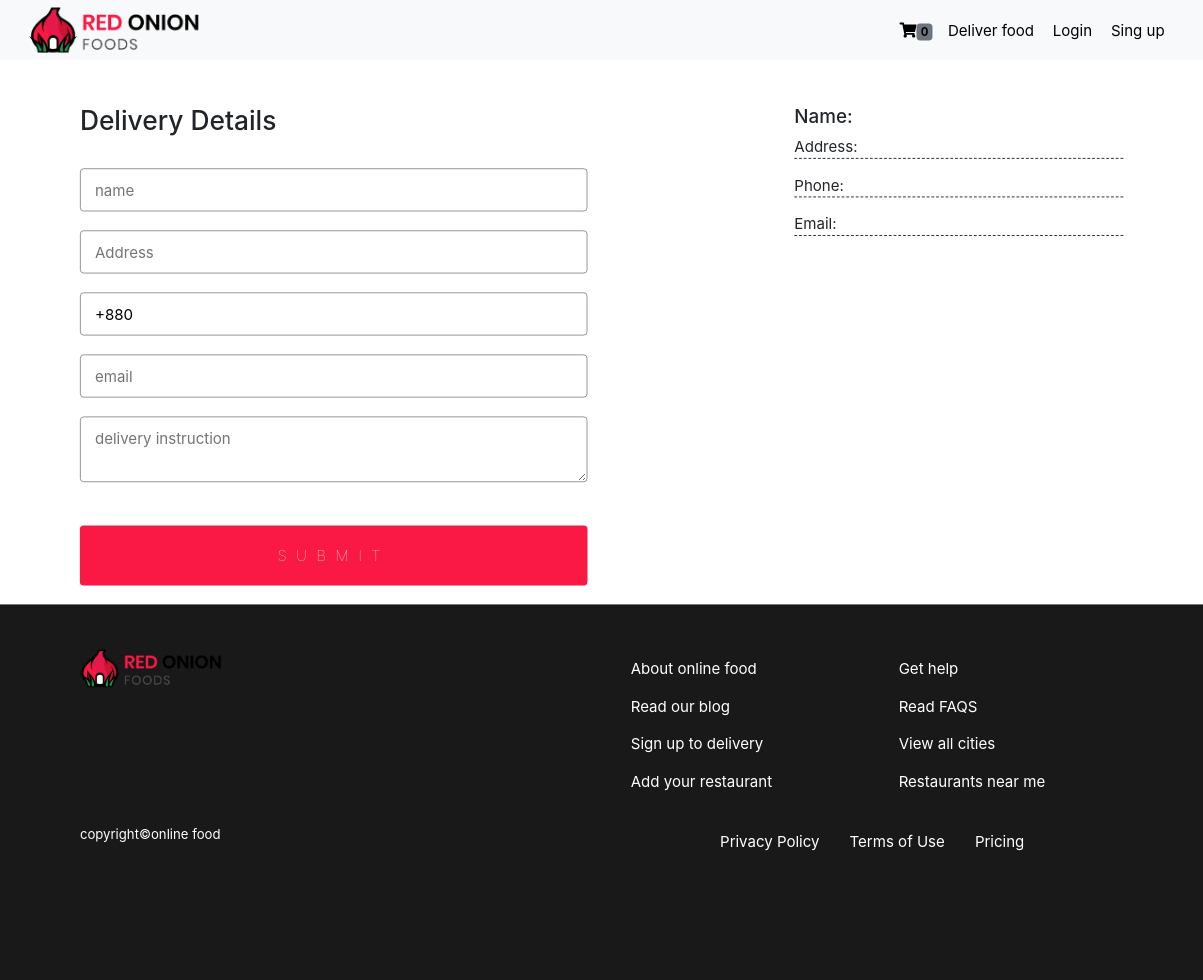
Repository: arif286/red-onion-client
Page: /cart
The author's editor kept a copy of each file at every save. The page is drawn from the files as they stood at one save, then again after the next save.
The browser window is 1280 px wide. The pictures show the whole page, at 94% of full size.
The project was rebuilt for these pictures with package versions that can differ from the ones it lists, and the page was loaded fresh each time. Also part of the build but not shown: src/App.css, src/components/SearchBar/SearchBar.css, src/components/SearchBar/SearchBar.js, src/components/FoodDetails/FoodDetail.css, src/components/FoodDetails/FoodDetail.js, src/components/DeliveryFood/DeliveryFood.js, src/components/Food/Food.css, src/components/Food/FoodItem.js and 9 more.

Above is the page before, as saved 2021-03-30 16:50:19.

After the next save:
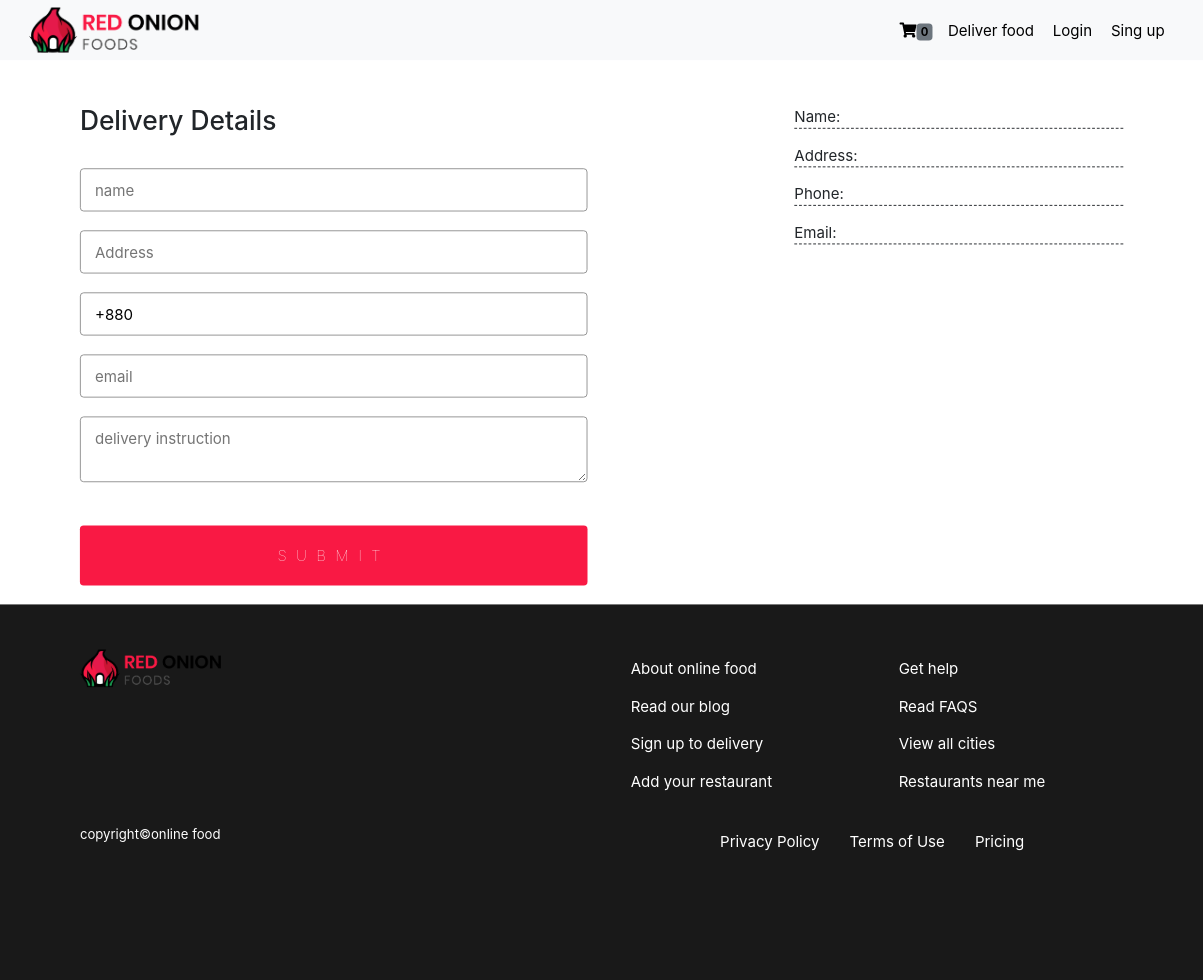
Saved 23 s later.
--- a/src/components/Cart/Cart.js
+++ b/src/components/Cart/Cart.js
@@ -69,7 +69,7 @@ const Cart = () => {
             </form>
           </div>
           <div className="col-md-4 col-sm-12 delivery-info">
-            <h5>Name:</h5>
+            <p>Name:</p>
             <p>Address:</p>
             <p>Phone:</p>
             <p>Email:</p>
